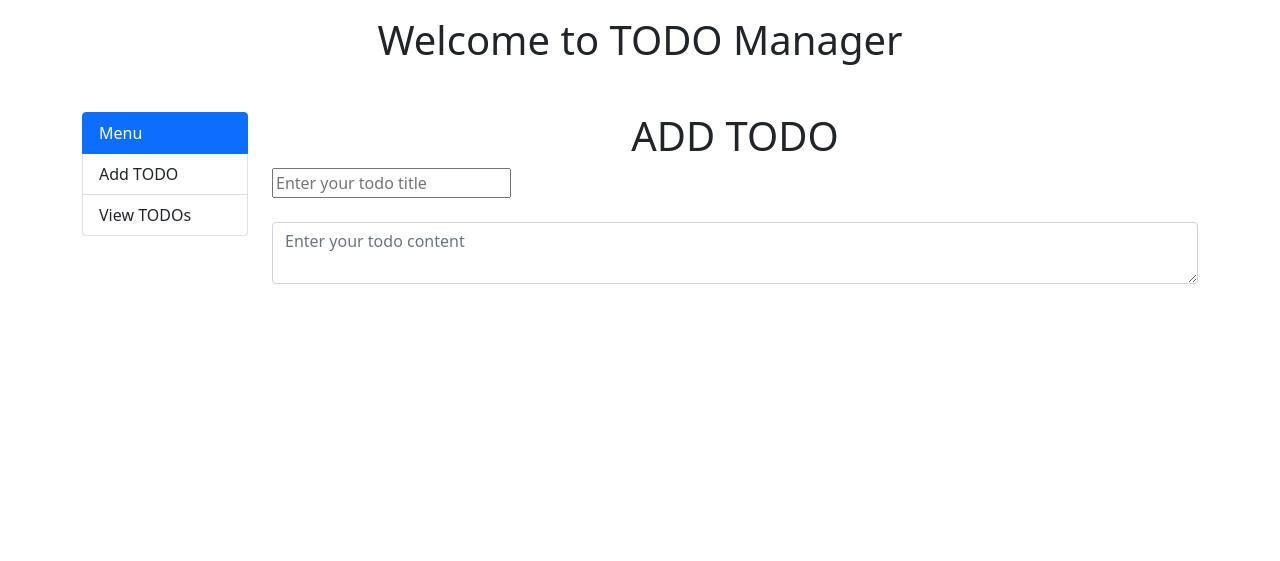
Repository: Tanmoy4672/Hibernate
Page: http://localhost/SpringMVCProject/add
An editor plug-in stored every save of this project. The page is shown before and after the next save, followed by the edit.
The browser window is 1280 px wide. The pictures show the whole page.
The page is served by Tomcat 9.

Above is the page before, as saved 2021-12-20 00:11:07.

After the next save:
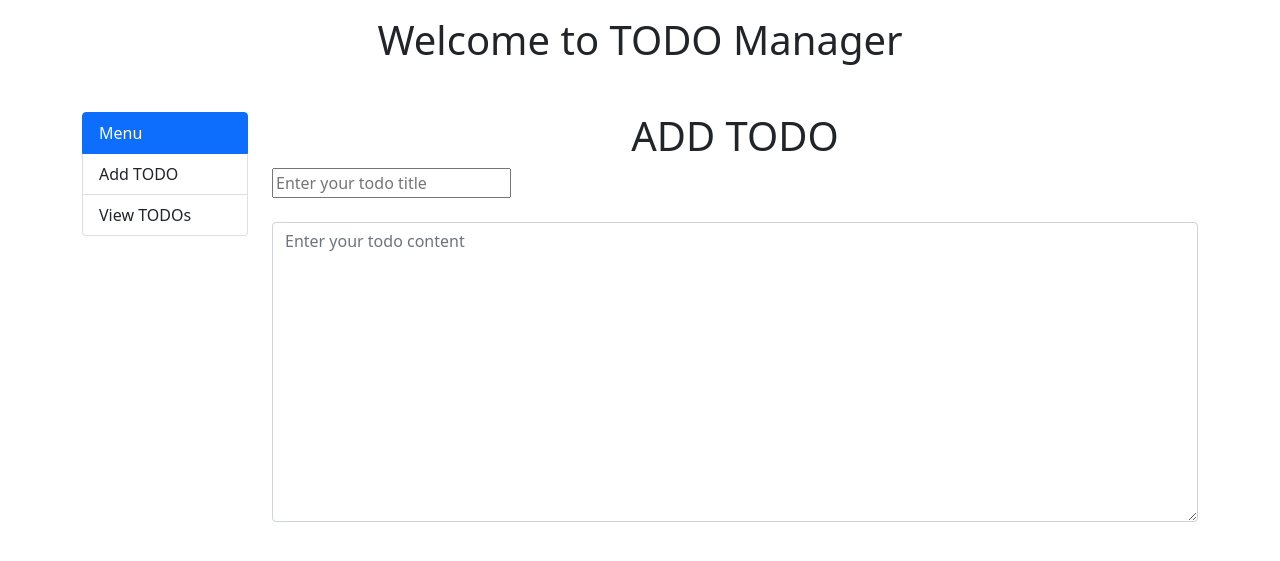
Saved 58 s later.
--- a/SpringMVCProject/src/main/webapp/WEB-INF/pages/home.jsp
+++ b/SpringMVCProject/src/main/webapp/WEB-INF/pages/home.jsp
@@ -50,7 +50,7 @@
 						</div>
 						<br>
 						<div class="form-group">
-							<form:textarea path="todoContent" cssClass="form-control"
+							<form:textarea path="todoContent" cssClass="form-control" cssStyle="height:300px"
 								placeholder="Enter your todo content" />
 						</div>
 					</form:form>
